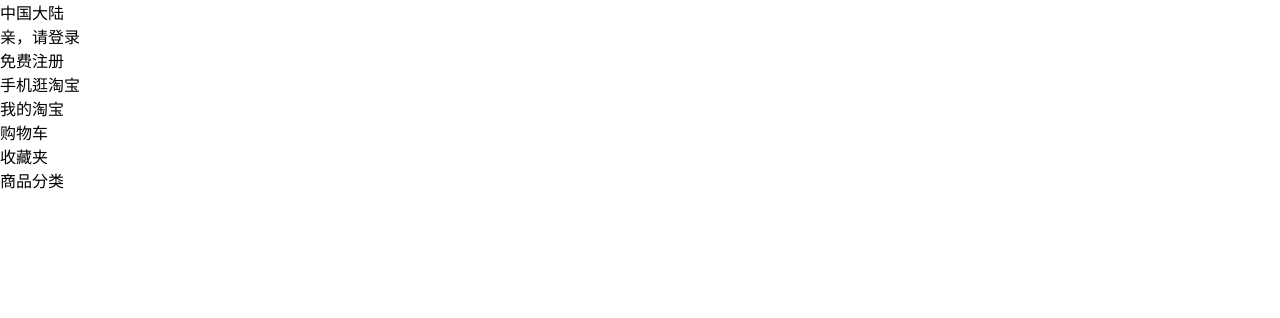
Repository: lafengdetudou/llianxi
Page: 123.html
The author's editor kept a copy of each file at every save. The page is drawn from the files as they stood at one save, then again after the next save.
The browser window is 1280 px wide. The pictures show the whole page.

Above is the page before, as saved 2023-03-13 20:26:07.

### 123.html
<!DOCTYPE html>
<html lang="en">
<head>
    <meta charset="UTF-8">
    <meta http-equiv="X-UA-Compatible" content="IE=edge">
    <meta name="viewport" content="width=device-width, initial-scale=1.0">
    <title>Document</title>
    <link rel="stylesheet" href="./css/index.css">
</head>
<body>
    <div id="top">
        <div id="lefttext">
            <div class="leftbox">
                <ul>
                    <li>中国大陆</li>
                    <li>亲，请登录</li>
                    <li>免费注册</li>
                    <li>手机逛淘宝</li>
                </ul>
            </div>
        </div>
        <div id="righttext">
            <div class="rightbox">
                <ul>
                    <li>我的淘宝</li>
                    <li>购物车</li>
                    <li>收藏夹</li>
                    <li>商品分类</li>
                </ul>
            </div>
        </div>
    </div>
</body>
</html>

### css/index.css
*{
    margin: 0;
    padding: 0;
}
li{
    list-style: none;
}

After the next save:
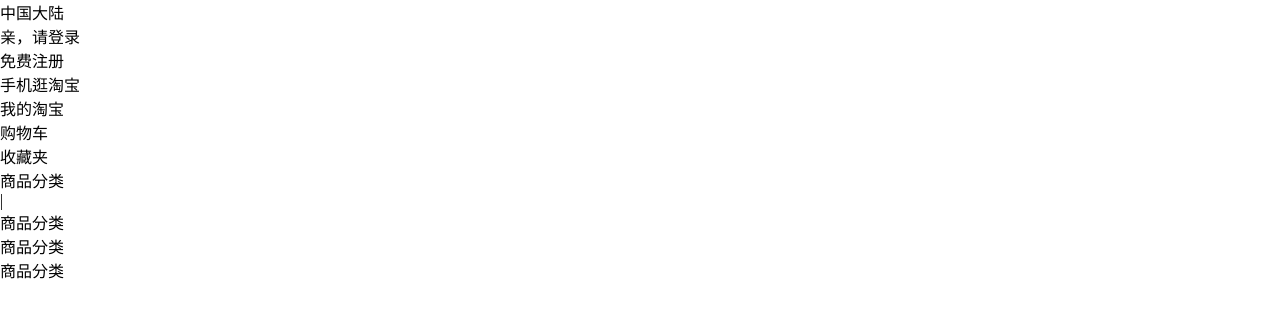
Saved 3 min 22 s later.
--- a/123.html
+++ b/123.html
@@ -26,6 +26,10 @@
                     <li>购物车</li>
                     <li>收藏夹</li>
                     <li>商品分类</li>
+                    <li>|</li>
+                    <li>商品分类</li>
+                    <li>商品分类</li>
+                    <li>商品分类</li>
                 </ul>
             </div>
         </div>
